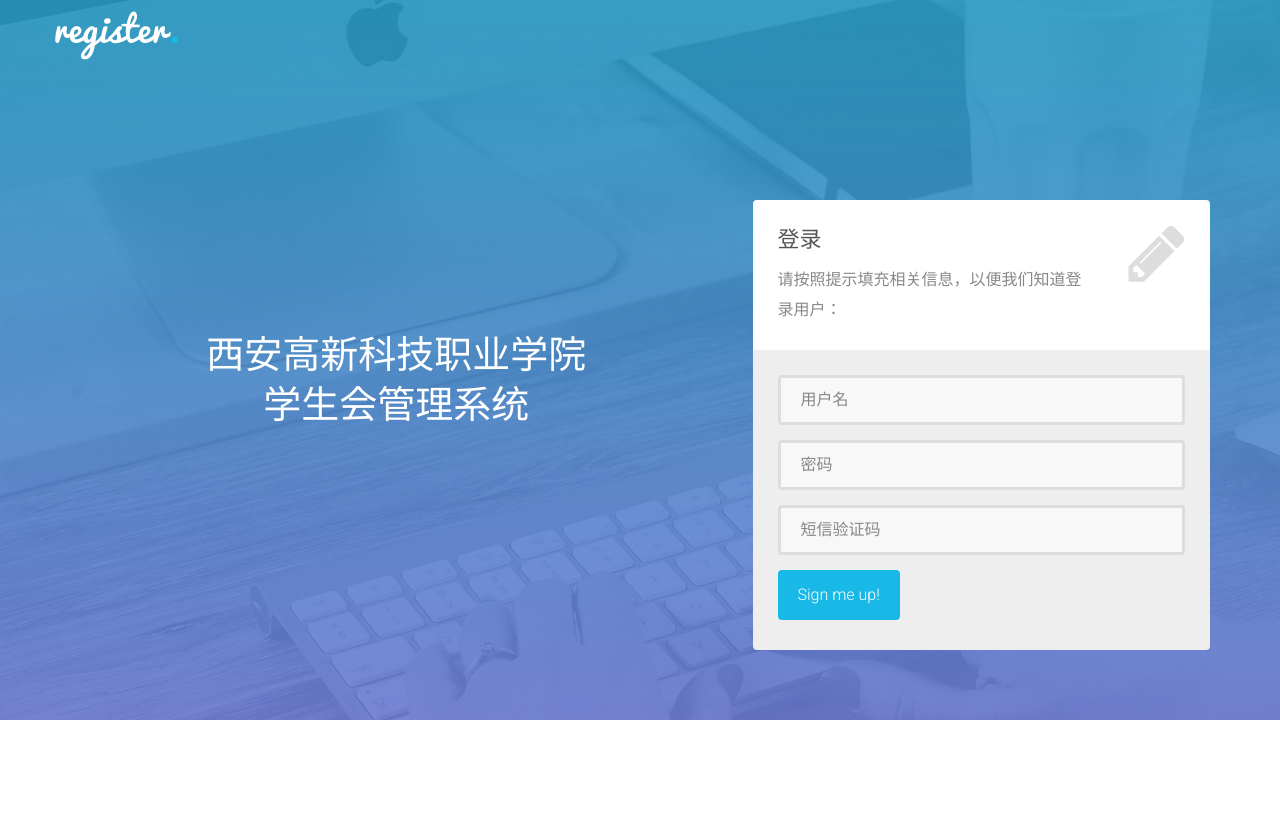
Repository: sunjunzhou/JDBC
Page: FirstWebProject/WebContent/index.html
These files come from the project's save history. The page is drawn as it stood at one moment and after the next save; the edit follows.
The browser window is 1280 px wide. The pictures show the whole page.

Above is the page before, as saved 2018-06-28 07:30:48.

After the next save:
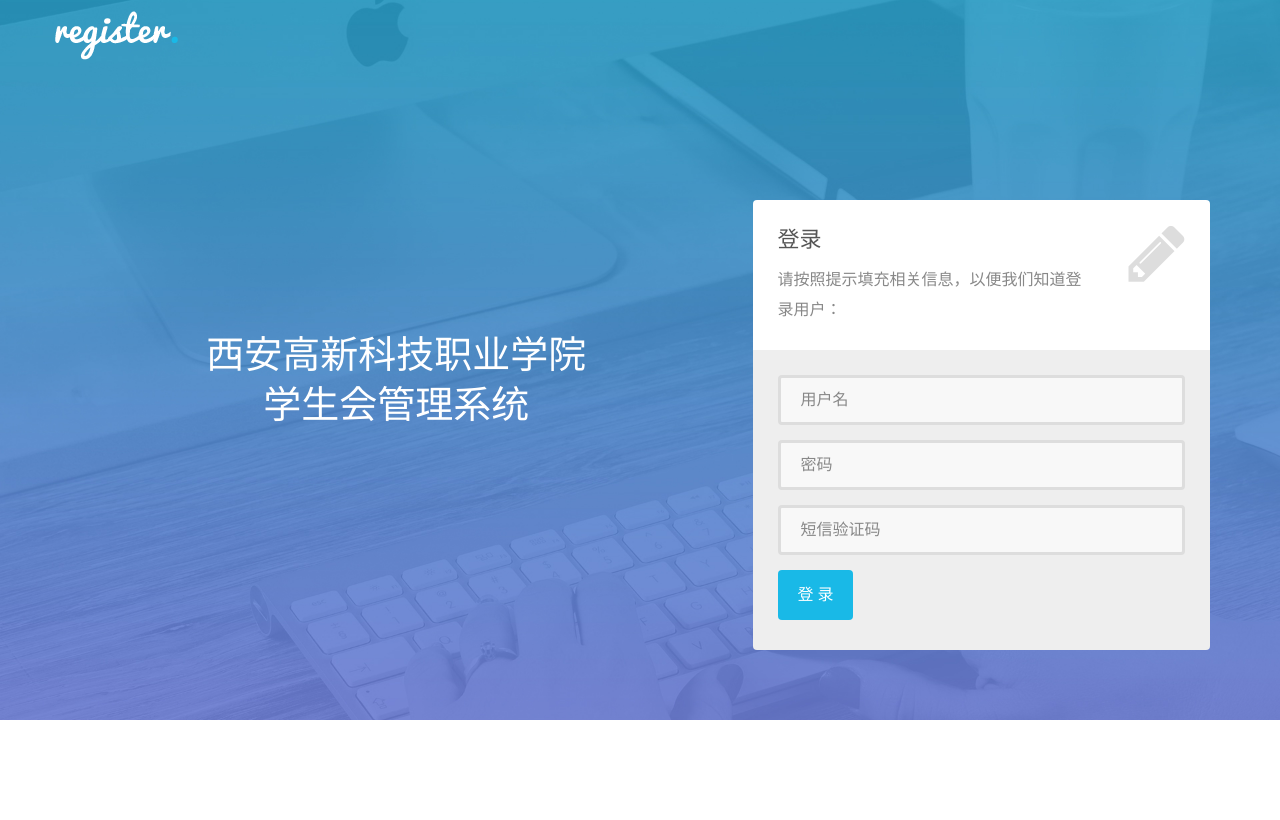
Saved 2 min 33 s later.
--- a/FirstWebProject/WebContent/index.html
+++ b/FirstWebProject/WebContent/index.html
@@ -94,7 +94,7 @@
 			                        	<input type="text" name="form-email" placeholder="短信验证码" class="form-email form-control" id="form-email">
 			                        </div>
 
-			                        <button type="submit" class="btn">Sign me up!</button>
+			                        <button type="submit" class="btn">登 录</button>
 			                    </form>
 		                    </div>
                         </div>
